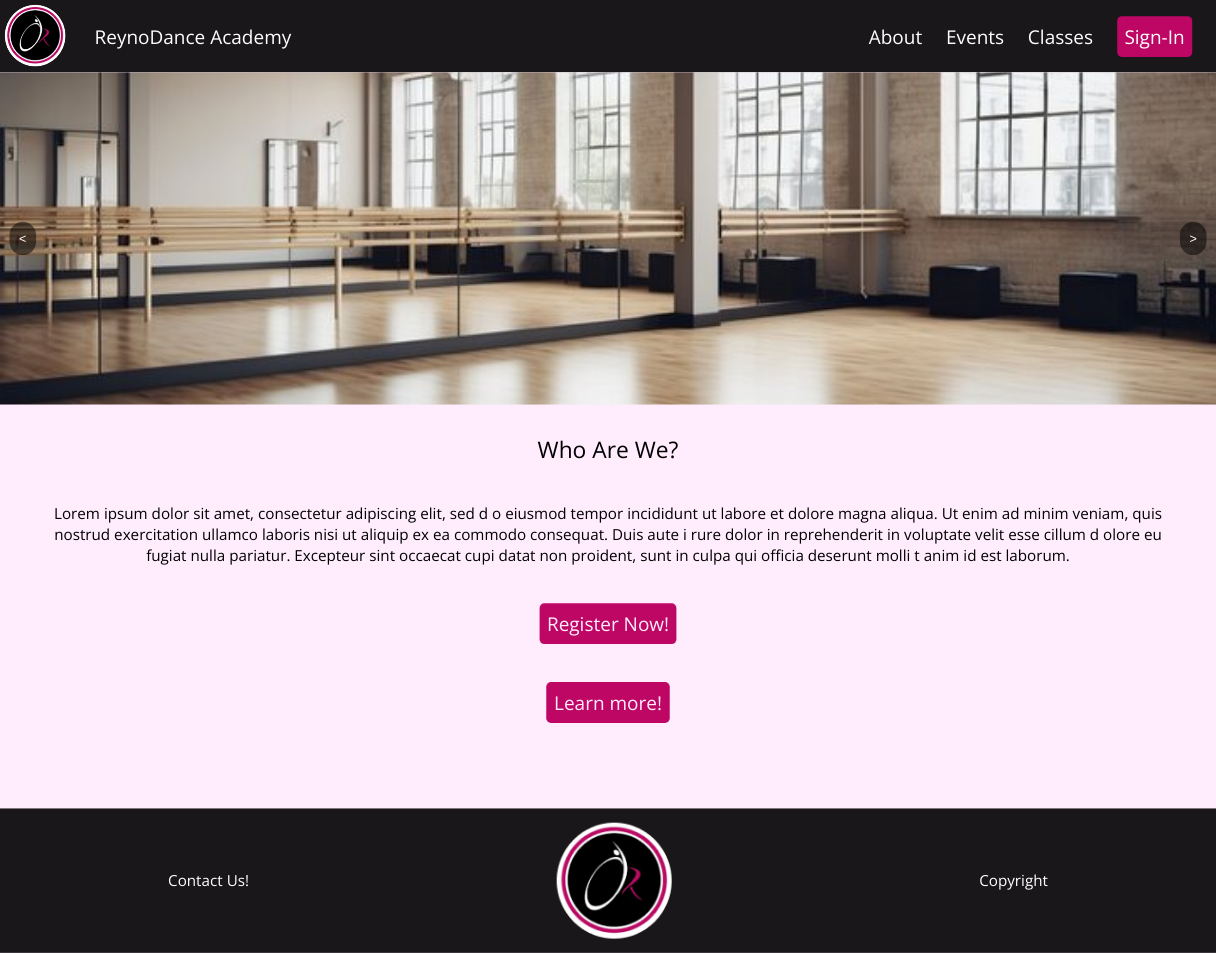
Repository: andreaelpz/reynodance-academy
Page: /
The author's editor kept a copy of each file at every save. The page is drawn from the files as they stood at one save, then again after the next save.
The browser window is 1280 px wide. The pictures show the whole page, at 95% of full size.
The project was rebuilt for these pictures with package versions that can differ from the ones it lists, and the page was loaded fresh each time. Also part of the build but not shown: angular.json, src/app/about/about.component.ts, src/app/classes/classes.component.ts, src/app/events/events.component.ts, src/app/user/sign-in/sign-in.component.ts, src/app/dashboard/dashboard.component.ts, src/app/user/register/register.component.ts, src/app/login/login.component.ts.

Above is the page before, as saved 2024-11-19 23:29:00.

After the next save:
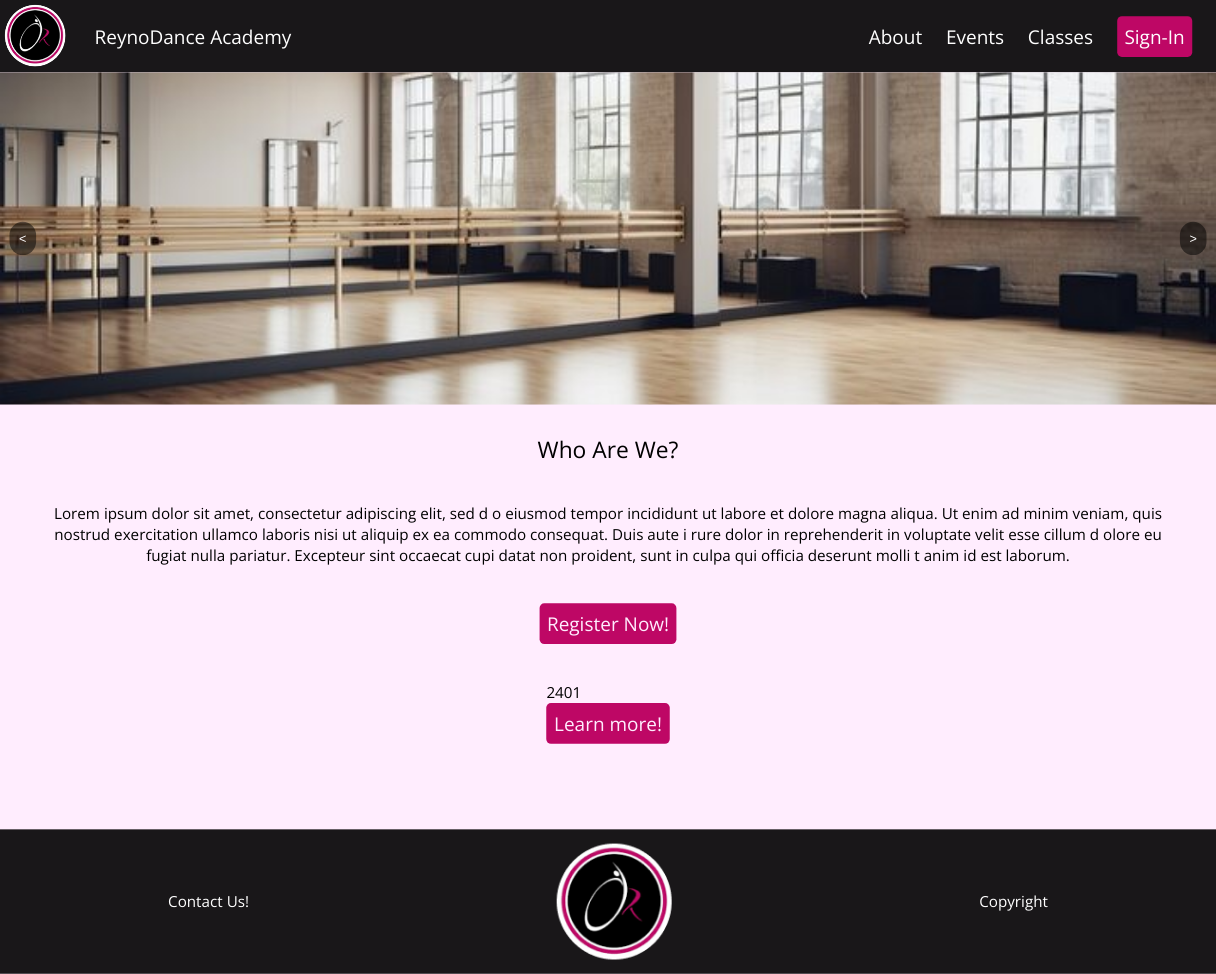
Saved 19 s later.
--- a/src/app/home/home.component.html
+++ b/src/app/home/home.component.html
@@ -26,7 +26,7 @@
     <div>
         <div class = "moreInfo">
             <div class = "location">
-
+                2401
             </div>
             <div class = "hours">
 
